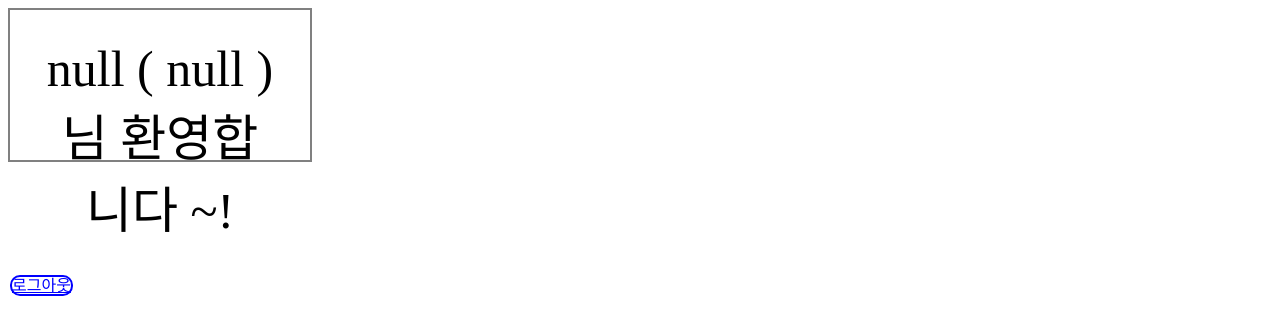
Repository: hyejux/jsp
Page: http://localhost/JSPBasic/session/session_ex01_welcom.jsp
An editor plug-in stored every save of this project. The page is shown before and after a run of saves, followed by the edit.
The browser window is 1280 px wide. The pictures show the whole page.
The page is served by Tomcat 10. Other server files are loaded and not shown.

Above is the page before, as saved 2024-06-26 05:12:19.

### JSPBasic/src/main/webapp/session/session_ex01_welcom.jsp
<%@ page language="java" contentType="text/html; charset=UTF-8"
    pageEncoding="UTF-8"%>

    <%

    String user_id = (String) session.getAttribute("user_id");
    String user_nick = (String) session.getAttribute("user_nick");

    %>

<!DOCTYPE html>
<html>
<head>
<meta charset="UTF-8">
<title>Insert title here</title>

<style>

a {
border : 2px solid blue;
color : blue;
border-radius: 10px;

}
#frame {
border: 2px solid grey;
width: 300px;
height: 150px;
}

#header{

text-align : center;
padding : 30px;
font-size : 50px;


}

</style>


</head>

<body>

<div id="frame">
<div id="header"> <%= user_id %> ( <%= user_nick %> ) 님 환영합니다 ~!</div>
<div> <a href="session_ex01.jsp" onclick="alert('로그아웃되었습니다')"> 로그아웃 </a>
</div>
</div>


</body>
</html>

After the next 2 saves:
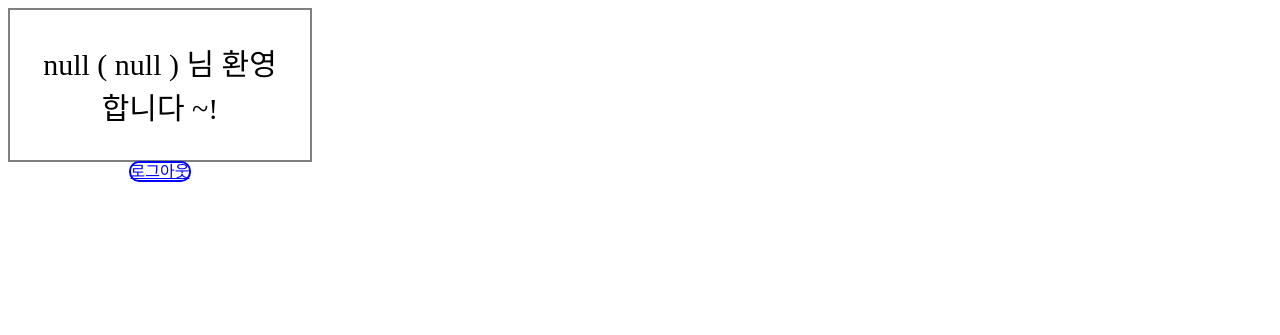
The 2 saves are shown as one change because they came seconds apart.
The last was saved 28 s later.
--- a/JSPBasic/src/main/webapp/session/session_ex01_welcom.jsp
+++ b/JSPBasic/src/main/webapp/session/session_ex01_welcom.jsp
@@ -26,14 +26,20 @@
 border: 2px solid grey;
 width: 300px;
 height: 150px;
+
 }
 
 #header{
 
 text-align : center;
 padding : 30px;
-font-size : 50px;
+font-size : 30px;
 
+
+}
+
+#btn{
+text-align : center;
 
 }
 
@@ -46,7 +52,7 @@
 
 <div id="frame">
 <div id="header"> <%= user_id %> ( <%= user_nick %> ) 님 환영합니다 ~!</div>
-<div> <a href="session_ex01.jsp" onclick="alert('로그아웃되었습니다')"> 로그아웃 </a>
+<div id="btn"> <a href="session_ex01.jsp" onclick="alert('로그아웃되었습니다')"> 로그아웃 </a>
 </div>
 </div>
 
